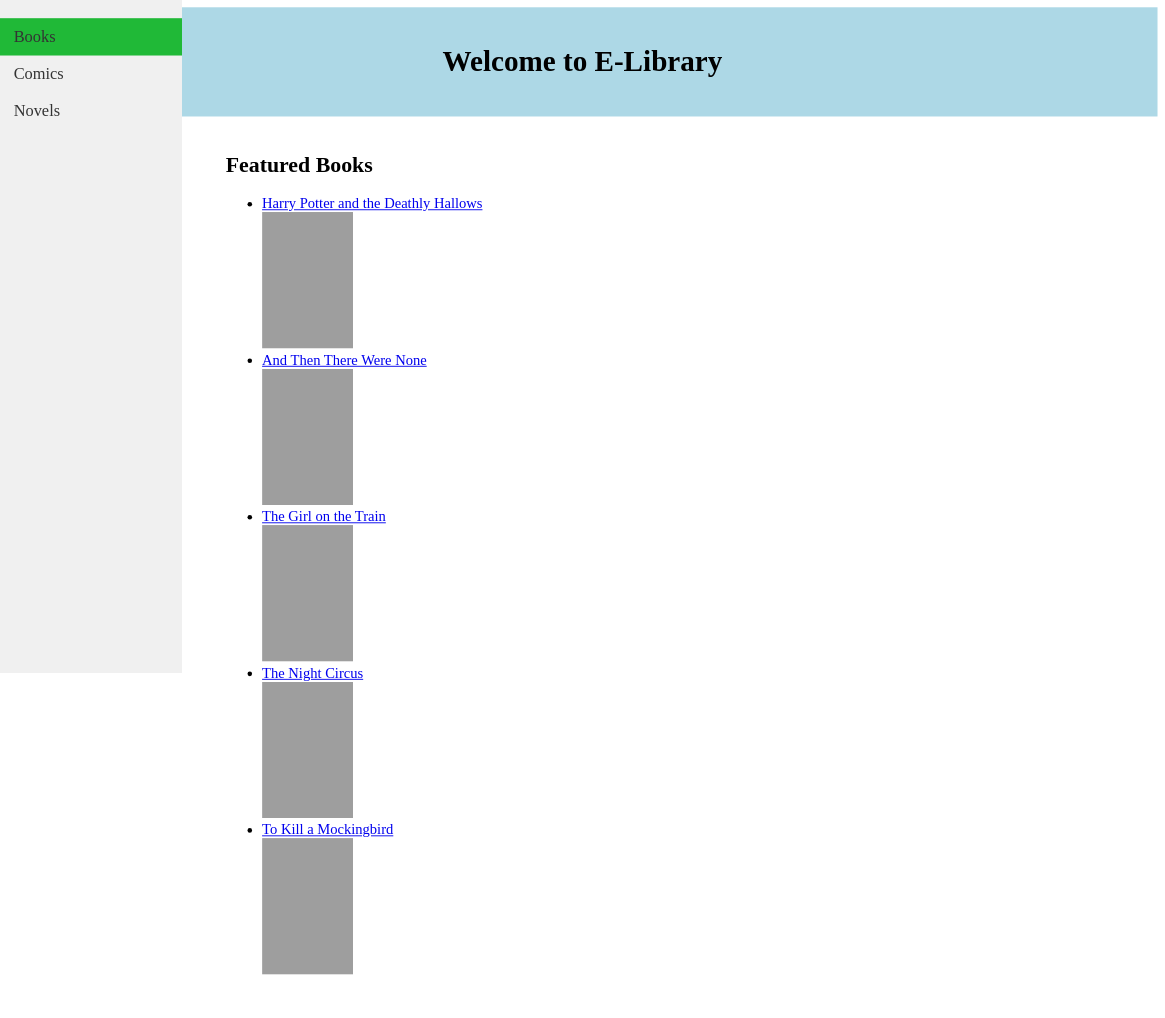
Repository: TejasS1233/MINITHON-hackathon-project
Page: Rishit.html
An editor plug-in stored every save of this project. The page is shown before and after the next save, followed by the edit.
The browser window is 1280 px wide. The pictures show the whole page, at 91% of full size.
The pointer rests on the first visible `.sidebar a`.
Pictures or frames that could not be fetched are drawn as grey boxes.

Above is the page before, as saved 2024-09-20 09:14:52.

After the next save:
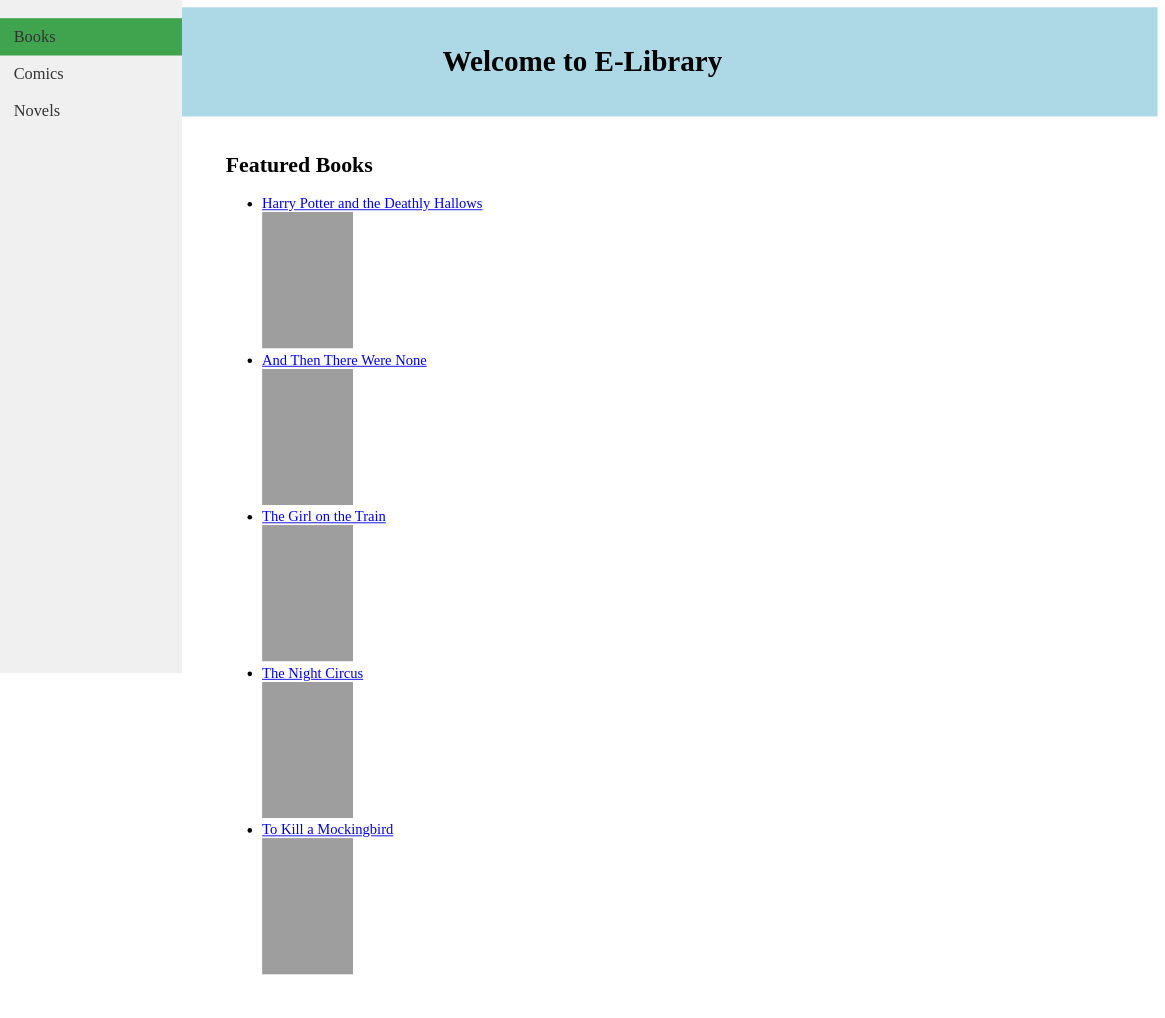
Saved 2 s later.
--- a/Rishit.html
+++ b/Rishit.html
@@ -32,7 +32,7 @@
         }
         .sidebar a:hover
         {
-            background-color: #20b937;
+            background-color: #40a44f;
         }
 
         .content {
